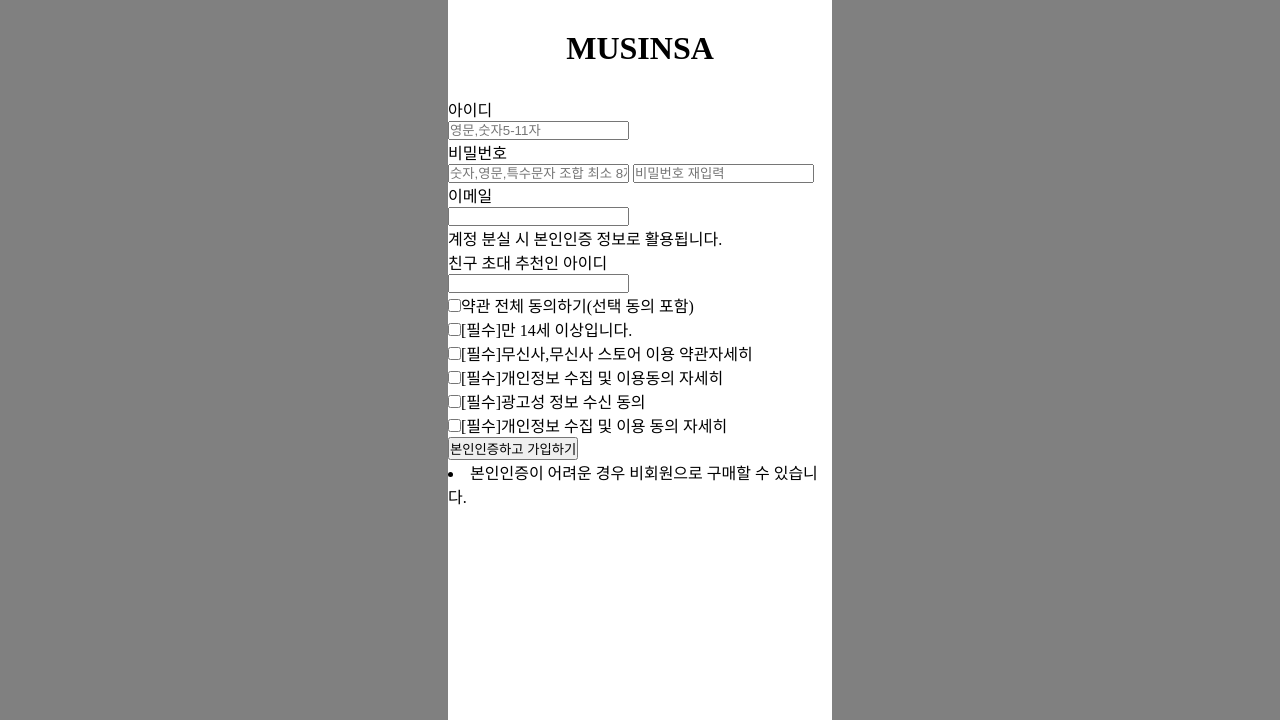
Repository: SilverSharkDeveloper/HTML-CSS-Study
Page: html/workspace/day04/WebContent/task.html
An editor plug-in stored every save of this project. The page is shown before and after the next save, followed by the edit.
The browser window is 1280 px wide. The pictures show the whole page.

Above is the page before, as saved 2023-03-13 12:17:20.

### html/workspace/day04/WebContent/task.html
<!DOCTYPE html>
<html>
<head>
<meta charset="UTF-8">
<title>무신사</title>
<style>
	*{
		margin : 0;
		padding : 0;

	}
</style>
</head>
<body>
		<div class = "container" style = "background : grey ; height :100vh">
			<div class = "container login" style ="width : 30%;height : 100%; margin : 0 auto ; background :white">
				<div>
					<header style ="text-align : center;padding: 30px 0">
						<h1>MUSINSA</h1>
					</header>
				</div>
				<div>
					<form>
						<div>
							아이디
						</div>
						<div>
							<input type ="text" placeholder = "영문,숫자5-11자">
						</div>
						<div>
							비밀번호
						</div>
						<div>
							<input type = "password" placeholder ="숫자,영문,특수문자 조합 최소 8자">
							<input type = "password" placeholder ="비밀번호 재입력">
						</div>
						<div>
							이메일
						</div>
						<div>
							<input type = "email">
						</div>
						<div>
							계정 분실 시 본인인증 정보로 활용됩니다.
						</div>
						<div>
							친구 초대 추천인 아이디
						</div>
						<div>
							<input type = "text">
						</div>
						<div>
							<input type = "checkbox">약관 전체 동의하기(선택 동의 포함)
						</div>
						<div>
							<div>
								<input type = "checkbox">[필수]만 14세 이상입니다.
							</div>
							<div>
							<input type = "checkbox">[필수]무신사,무신사 스토어 이용 약관자세히
							</div>
							<div>
							<input type = "checkbox">[필수]개인정보 수집 및 이용동의 자세히
							</div>
							<div>
							<input type = "checkbox">[필수]광고성 정보 수신 동의
							</div>
							<div>
							<input type = "checkbox">[필수]개인정보 수집 및 이용 동의 자세히
							</div>
						</div>
						<div>
							<button>본인인증하고 가입하기</button>
						</div>
						<div>
							<li>본인인증이 어려운 경우 비회원으로 구매할 수 있습니다.</li>
						</div>
					</form>
				</div>
			</div>
		</div>
</body>
</html>

After the next save:
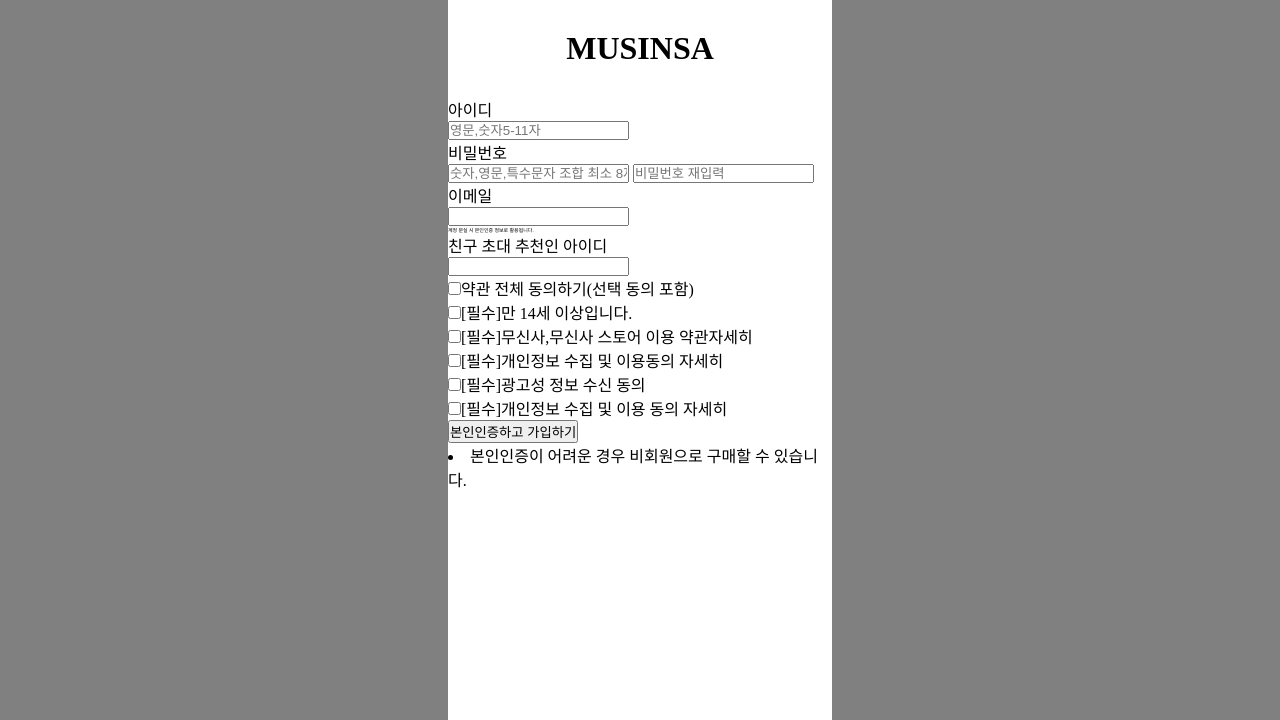
Saved 3 min 41 s later.
--- a/html/workspace/day04/WebContent/task.html
+++ b/html/workspace/day04/WebContent/task.html
@@ -40,7 +40,7 @@
 						<div>
 							<input type = "email">
 						</div>
-						<div>
+						<div style = "font-size : 5px">
 							계정 분실 시 본인인증 정보로 활용됩니다.
 						</div>
 						<div>
@@ -73,7 +73,7 @@
 							<button>본인인증하고 가입하기</button>
 						</div>
 						<div>
-							<li>본인인증이 어려운 경우 비회원으로 구매할 수 있습니다.</li>
+							<li>본인인증이 어려운 경우 <a>비회원으로 구매</a>할 수 있습니다.</li>
 						</div>
 					</form>
 				</div>
